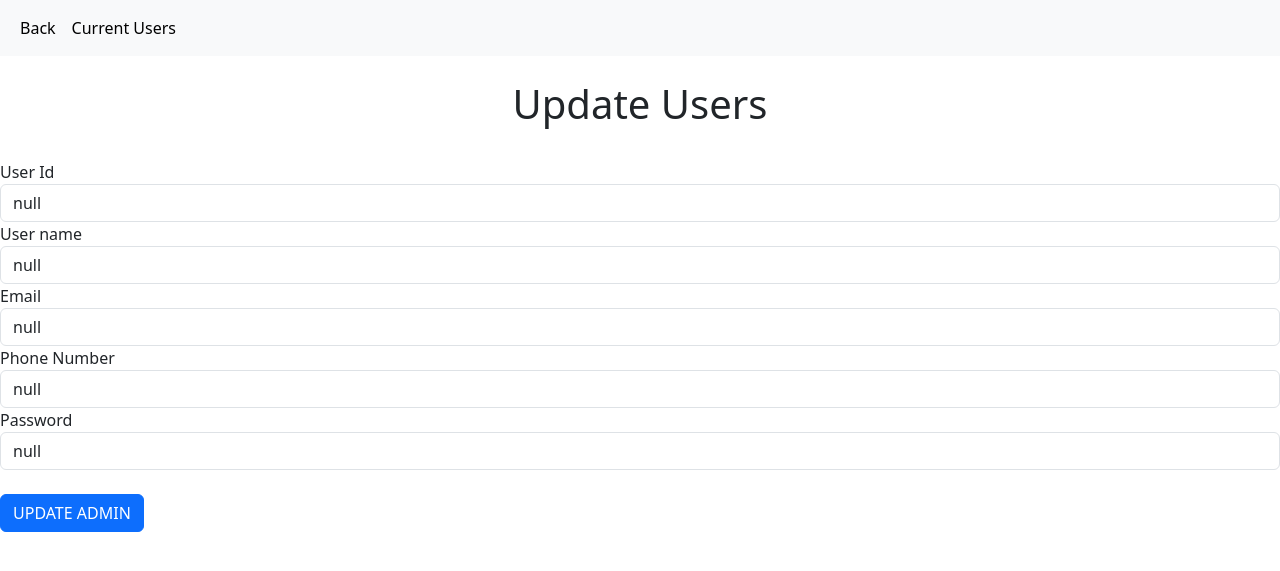
Repository: SachinUthpala/Railway-Reservation
Page: http://localhost/Railway/Admin/UpdateUsers/Update_users.jsp
These files come from the project's save history. The page is drawn as it stood at one moment and after the next save; the edit follows.
The browser window is 1280 px wide. The pictures show the whole page.
The page is served by Tomcat 9.

Above is the page before, as saved 2023-05-22 10:10:40.

After the next save:
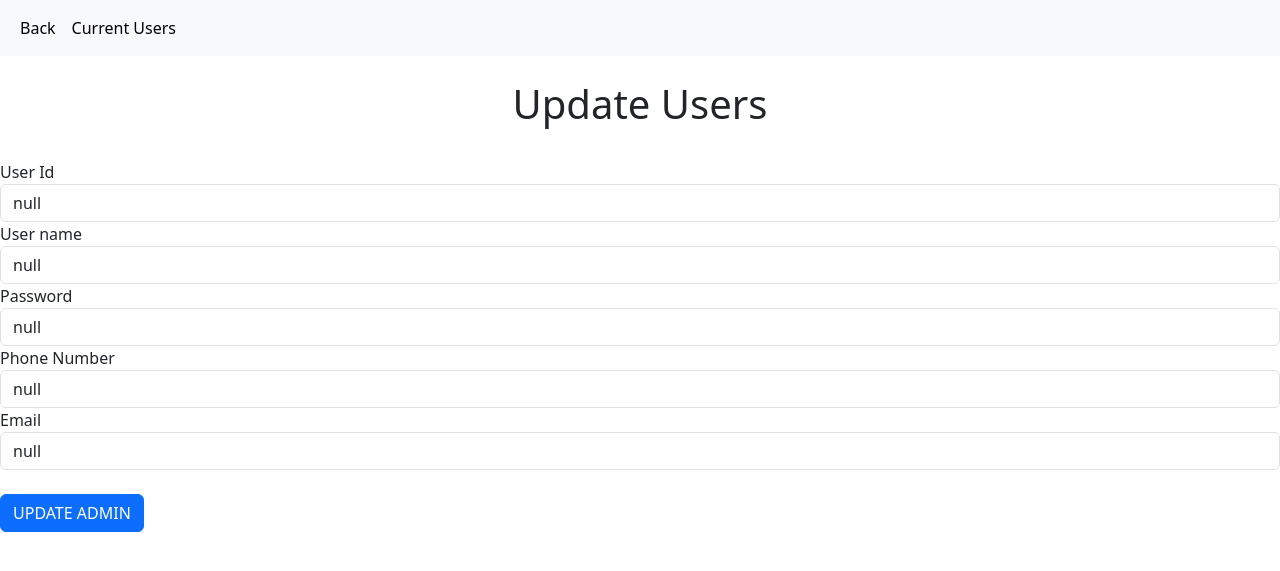
Saved 109 s later.
--- a/Railway/src/main/webapp/Admin/UpdateUsers/Update_users.jsp
+++ b/Railway/src/main/webapp/Admin/UpdateUsers/Update_users.jsp
@@ -46,23 +46,23 @@
 
     	<div >
           <label for="exampleInputEmail1">User Id</label>
-          <input type="text" class="form-control"   value="<%=request.getParameter("id") %>" name="id" >
+          <input type="text" class="form-control"   value="<%=request.getParameter("id") %>" name="id" required>
         </div>
         <div >
           <label for="exampleInputEmail1">User name</label>
-          <input type="text" class="form-control"   value="<%=uname %>" name="username">
+          <input type="text" class="form-control"   value="<%=uname %>" name="username" required>
+        </div>
+        <div class="form-group">
+          <label >Password</label>
+          <input type="text" class="form-control" value="<%=password %>" name="pass" required>
+        </div>
+        <div class="form-group">
+          <label >Phone Number</label>
+          <input type="text" class="form-control" value="<%=phone %>" name="phone" required>
         </div>
         <div class="form-group">
           <label >Email</label>
-          <input type="text" class="form-control" value="<%=password %>" name="pass">
-        </div>
-        <div class="form-group">
-          <label >Phone Number</label>
-          <input type="text" class="form-control" value="<%=phone %>" name="phone">
-        </div>
-        <div class="form-group">
-          <label >Password</label>
-          <input type="text" class="form-control"  value="<%=email %>" name="mail">
+          <input type="text" class="form-control"  value="<%=email %>" name="mail" required>
         </div>
           <br>
         <button type="submit" class="btn btn-primary">UPDATE ADMIN</button>
